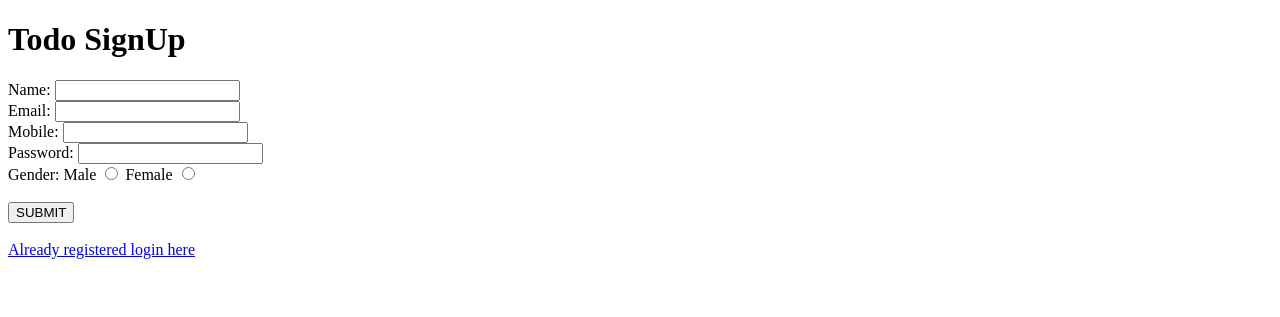
Repository: Mahalakshmigowda12/ServletProject
Page: todo_app/src/main/webapp/signup.html
The author's editor kept a copy of each file at every save. The page is drawn from the files as they stood at one save, then again after the next save.
The browser window is 1280 px wide. The pictures show the whole page.

Above is the page before, as saved 2024-02-05 06:59:19.

### todo_app/src/main/webapp/signup.html
<!DOCTYPE html>
<html>
<head>
<meta charset="ISO-8859-1">
<title>Insert title here</title>
</head>
<body>
<h1>Todo SignUp</h1>
<form action="signup" method="post">
Name: <input type="text" name="nam"><br>
Email: <input type="text" name="email"><br>
Mobile: <input type="number" name="mobile"><br>
Password: <input type="password" name="password"> <br>
Gender: Male <input type="radio" name="gender" value="male"> Female <input type="radio" name="gender" value="female"><br>
<br>
<button>SUBMIT</button>
<br>
<br>
<a href="login.html">Already registered login here</a>
</form>
</body>
</html>

After the next save:
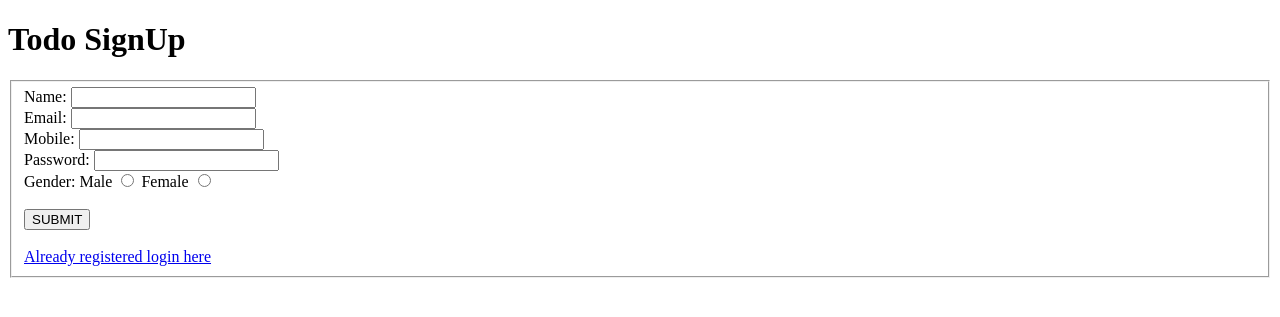
Saved 3 min 54 s later.
--- a/todo_app/src/main/webapp/signup.html
+++ b/todo_app/src/main/webapp/signup.html
@@ -7,6 +7,7 @@
 <body>
 <h1>Todo SignUp</h1>
 <form action="signup" method="post">
+<fieldset>
 Name: <input type="text" name="nam"><br>
 Email: <input type="text" name="email"><br>
 Mobile: <input type="number" name="mobile"><br>
@@ -17,6 +18,7 @@ Gender: Male <input type="radio" name="gender" value="male"> Female <input type=
 <br>
 <br>
 <a href="login.html">Already registered login here</a>
+</fieldset>
 </form>
 </body>
 </html>
